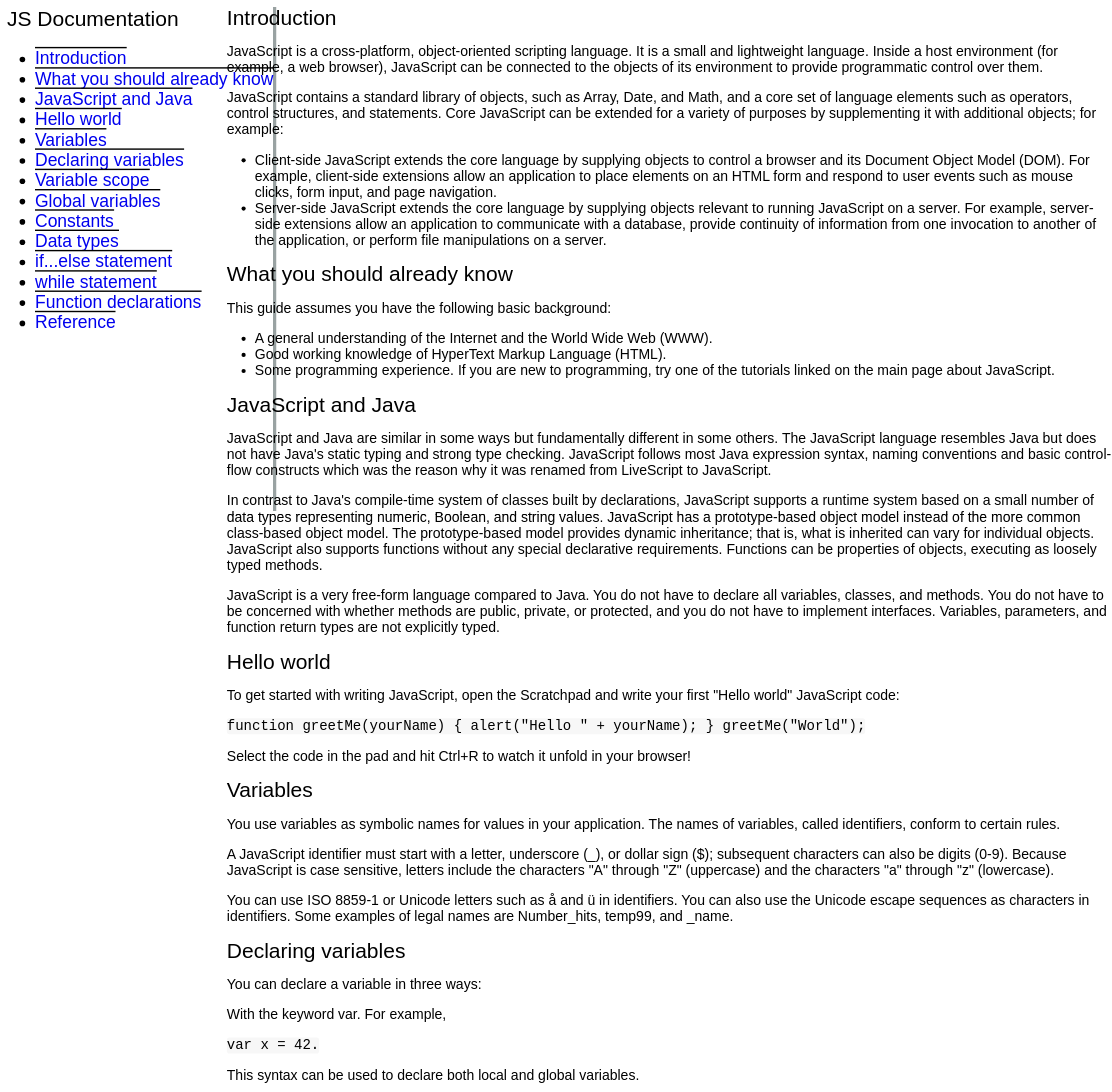
Repository: Lungdjos/technical_document_page_certificate
Page: index.html
An editor plug-in stored every save of this project. The page is shown before and after a run of saves, followed by the edit.
The browser window is 1280 px wide. The page is 1588 px wide, so the pictures cover 1588 px, including what lies to the right of the window. The pictures show the part of the page from y = 0 to 1560 px (the page is 5043 px tall before and 4889 px after), at 70% of full size.

Above is the page before, as saved 2023-11-21 08:03:17.

### index.html
<!DOCTYPE html>
<html lang="en">

<head>
    <meta charset="UTF-8">
    <meta name="viewport" content="width=device-width, initial-scale=1.0">
    <title>Technical Document</title>
    <link rel="stylesheet" href="./styles.css">
</head>

<body>
    <nav id="nav-bar">
        <header>JS Documentation</header>
        <ul>
            <li>
                <a href="#Introduction" class="nav-link">Introduction</a>
            </li>
            <li>
                <a href="#What_you_should_already_know" class="nav-link">What you should already know</a>
            </li>
            <li>
                <a href="#JavaScript_and_Java" class="nav-link">JavaScript and Java</a>
            </li>
            <li>
                <a href="#Hello_world" class="nav-link">Hello world</a>
            </li>
            <li>
                <a href="#Variables" class="nav-link">Variables</a>
            </li>
            <li>
                <a href="#Declaring_variables" class="nav-link">Declaring variables</a>
            </li>
            <li>
                <a href="#Variable_scope" class="nav-link">Variable scope</a>
            </li>
            <li>
                <a href="#Global_variables" class="nav-link">Global variables</a>
            </li>
            <li>
                <a href="#Constants" class="nav-link">Constants</a>
            </li>
            <li>
                <a href="#Data_types" class="nav-link">Data types</a>
            </li>
            <li>
                <a href="#if...else_statement" class="nav-link">if...else statement</a>
            </li>
            <li>
                <a href="#while_statement" class="nav-link">while statement</a>
            </li>
            <li>
                <a href="#Function_declarations" class="nav-link">Function declarations</a>
            </li>
            <li>
                <a href="#Reference" class="nav-link">Reference</a>
            </li>
        </ul>
    </nav>
    <main id="main-doc">
        <section class="main-section" id="Introduction">
            <header id="">Introduction</header>
            <p>JavaScript is a cross-platform, object-oriented scripting language. It is a small and lightweight language. Inside a host environment (for example, a web browser), JavaScript can be connected to the objects of its environment to provide programmatic
                control over them.</p>
            <p>JavaScript contains a standard library of objects, such as Array, Date, and Math, and a core set of language elements such as operators, control structures, and statements. Core JavaScript can be extended for a variety of purposes by supplementing
                it with additional objects; for example:
                <ul>
                    <li>Client-side JavaScript extends the core language by supplying objects to control a browser and its Document Object Model (DOM). For example, client-side extensions allow an application to place elements on an HTML form and respond
                        to user events such as mouse clicks, form input, and page navigation.</li>
                    <li>Server-side JavaScript extends the core language by supplying objects relevant to running JavaScript on a server. For example, server-side extensions allow an application to communicate with a database, provide continuity of information
                        from one invocation to another of the application, or perform file manipulations on a server.</li>
                </ul>
            </p>

        </section>
        <section class="main-section" id="What_you_should_already_know">
            <header id="">What you should already know</header>
            <p>This guide assumes you have the following basic background:
                <ul>
                    <li>A general understanding of the Internet and the World Wide Web (WWW).</li>
                    <li>Good working knowledge of HyperText Markup Language (HTML).</li>
                    <li>Some programming experience. If you are new to programming, try one of the tutorials linked on the main page about JavaScript.</li>
                </ul>
            </p>

        </section>
        <section class="main-section" id="JavaScript_and_Java">
            <header id="">JavaScript and Java</header>
            <p>JavaScript and Java are similar in some ways but fundamentally different in some others. The JavaScript language resembles Java but does not have Java's static typing and strong type checking. JavaScript follows most Java expression syntax,
                naming conventions and basic control-flow constructs which was the reason why it was renamed from LiveScript to JavaScript.</p>
            <p>In contrast to Java's compile-time system of classes built by declarations, JavaScript supports a runtime system based on a small number of data types representing numeric, Boolean, and string values. JavaScript has a prototype-based object
                model instead of the more common class-based object model. The prototype-based model provides dynamic inheritance; that is, what is inherited can vary for individual objects. JavaScript also supports functions without any special declarative
                requirements. Functions can be properties of objects, executing as loosely typed methods.</p>
            <p>JavaScript is a very free-form language compared to Java. You do not have to declare all variables, classes, and methods. You do not have to be concerned with whether methods are public, private, or protected, and you do not have to implement
                interfaces. Variables, parameters, and function return types are not explicitly typed.</p>
        </section>
        <section class="main-section" id="Hello_world">
            <header id="">Hello world</header>
            <p>
                To get started with writing JavaScript, open the Scratchpad and write your first "Hello world" JavaScript code:</p>
            <code>function greetMe(yourName) { alert("Hello " + yourName); }
                greetMe("World");</code>
            <p>Select the code in the pad and hit Ctrl+R to watch it unfold in your browser!</p>
        </section>
        <section class="main-section" id="Variables">
            <header id="">Variables</header>
            <p>You use variables as symbolic names for values in your application. The names of variables, called identifiers, conform to certain rules.</p>
            <p>A JavaScript identifier must start with a letter, underscore (_), or dollar sign ($); subsequent characters can also be digits (0-9). Because JavaScript is case sensitive, letters include the characters "A" through "Z" (uppercase) and the
                characters "a" through "z" (lowercase).</p>
            <p>You can use ISO 8859-1 or Unicode letters such as å and ü in identifiers. You can also use the Unicode escape sequences as characters in identifiers. Some examples of legal names are Number_hits, temp99, and _name.</p>
        </section>
        <section class="main-section" id="Declaring_variables">
            <header id="">Declaring variables</header>
            <p>You can declare a variable in three ways:</p>
            <p>With the keyword var. For example,</p>
            <code>var x = 42.</code>
            <p>This syntax can be used to declare both local and global variables.</p>
            <p>By simply assigning it a value. For example,</p>
            <code>x = 42.</code><br>
            <p>This always declares a global variable. It generates a strict JavaScript warning. You shouldn't use this variant.</p>
            <p>With the keyword let. For example,</p>
            <code>let y = 13.</code>
            <p>This syntax can be used to declare a block scope local variable. See Variable scope below.</p>
        </section>
        <section class="main-section" id="Variable_scope">
            <header id="">Variable scope</header>
            <p>When you declare a variable outside of any function, it is called a global variable, because it is available to any other code in the current document. When you declare a variable within a function, it is called a local variable, because it
                is available only within that function.</p>
            <p>JavaScript before ECMAScript 2015 does not have block statement scope; rather, a variable declared within a block is local to the function (or global scope) that the block resides within. For example the following code will log 5, because
                the scope of x is the function (or global context) within which x is declared, not the block, which in this case is an if statement.</p>
            <code>if (true) { var x = 5; } console.log(x); // 5</code>
            <p>This behavior changes, when using the let declaration introduced in ECMAScript 2015.</p>
            <code>if (true) { let y = 5; } console.log(y); // ReferenceError: y is
                not defined</code>
        </section>
        <section class="main-section" id="Global_variables">
            <header id="">Global variables</header>
            <p>Global variables are in fact properties of the global object. In web pages the global object is window, so you can set and access global variables using the window.variable syntax.</p>
            <p>Consequently, you can access global variables declared in one window or frame from another window or frame by specifying the window or frame name. For example, if a variable called phoneNumber is declared in a document, you can refer to this
                variable from an iframe as parent.phoneNumber.</p>
        </section>
        <section class="main-section" id="Constants">
            <header id="">Constants</header>
            <p>You can create a read-only, named constant with the const keyword. The syntax of a constant identifier is the same as for a variable identifier: it must start with a letter, underscore or dollar sign and can contain alphabetic, numeric, or
                underscore characters.</p>
            <code>const PI = 3.14;</code>
            <p>A constant cannot change value through assignment or be re-declared while the script is running. It has to be initialized to a value.</p>
            <p>The scope rules for constants are the same as those for let block scope variables. If the const keyword is omitted, the identifier is assumed to represent a variable.</p>
            <p>You cannot declare a constant with the same name as a function or variable in the same scope. For example:</p>
            <code>// THIS WILL CAUSE AN ERROR function f() {}; const f = 5; // THIS
                WILL CAUSE AN ERROR ALSO function f() { const g = 5; var g;
                //statements }</code>
            <p>However, object attributes are not protected, so the following statement is executed without problems.</p>
            <code>const MY_OBJECT = {"key": "value"}; MY_OBJECT.key =
                "otherValue";</code>
        </section>
        <section class="main-section" id="Data_types">
            <header id="">Data types</header>
            <p>The latest ECMAScript standard defines seven data types:
                <ul>
                    <li>Six data types that are primitives:
                        <ul>
                            <li>Boolean. true and false.</li>
                            <li>null. A special keyword denoting a null value. Because JavaScript is case-sensitive, null is not the same as Null, NULL, or any other variant.</li>
                            <li>undefined. A top-level property whose value is undefined.</li>
                            <li>Number. 42 or 3.14159.</li>
                            <li>String. "Howdy"</li>
                            <li>Symbol (new in ECMAScript 2015). A data type whose instances are unique and immutable.</li>
                        </ul>
                    </li>
                    <li>and Object</li>
                </ul>
            </p>
            <p>Although these data types are a relatively small amount, they enable you to perform useful functions with your applications. Objects and functions are the other fundamental elements in the language. You can think of objects as named containers
                for values, and functions as procedures that your application can perform.</p>
        </section>
        <section class="main-section" id="if...else_statement">
            <header id="">if...else statement</header>
            <p>Use the if statement to execute a statement if a logical condition is true. Use the optional else clause to execute a statement if the condition is false. An if statement looks as follows:</p>
            <code>if (condition) { statement_1; } else { statement_2; }</code>
            <p>condition can be any expression that evaluates to true or false. See Boolean for an explanation of what evaluates to true and false. If condition evaluates to true, statement_1 is executed; otherwise, statement_2 is executed. statement_1 and
                statement_2 can be any statement, including further nested if statements.</p>
            <p>You may also compound the statements using else if to have multiple conditions tested in sequence, as follows:</p>
            <code>if (condition_1) { statement_1; } else if (condition_2) {
                statement_2; } else if (condition_n) { statement_n; } else {
                statement_last; }</code>
            <p>In the case of multiple conditions only the first logical condition which evaluates to true will be executed. To execute multiple statements, group them within a block statement ({ ... }) . In general, it's good practice to always use block
                statements, especially when nesting if statements:</p>
            <code>if (condition) { statement_1_runs_if_condition_is_true;
                statement_2_runs_if_condition_is_true; } else {
                statement_3_runs_if_condition_is_false;
                statement_4_runs_if_condition_is_false; }</code>
            <p>It is advisable to not use simple assignments in a conditional expression, because the assignment can be confused with equality when glancing over the code. For example, do not use the following code:</p>
            <code>if (x = y) { /* statements here */ }</code>
            <p>If you need to use an assignment in a conditional expression, a common practice is to put additional parentheses around the assignment. For example:</p>
            <code>if ((x = y)) { /* statements here */ }</code>
        </section>
        <section class="main-section" id="while_statement">
            <header id="">while statement</header>
            <p>A while statement executes its statements as long as a specified condition evaluates to true. A while statement looks as follows:</p>
            <code>while (condition) statement</code>
            <p>If the condition becomes false, statement within the loop stops executing and control passes to the statement following the loop.</p>
            <p>The condition test occurs before statement in the loop is executed. If the condition returns true, statement is executed and the condition is tested again. If the condition returns false, execution stops and control is passed to the statement
                following while.</p>
            <p>To execute multiple statements, use a block statement ({ ... }) to group those statements.</p>
            <p>Example: <br> The following while loop iterates as long as n is less than three:</p>
            <code>var n = 0; var x = 0; while (n < 3) { n++; x += n; }</code>
            <p>With each iteration, the loop increments n and adds that value to x. Therefore, x and n take on the following values:
                <ul>
                    <li>After the first pass: n = 1 and x = 1</li>
                    <li>After the second pass: n = 2 and x = 3</li>
                    <li>After the third pass: n = 3 and x = 6</li>
                </ul>
            </p>
            <p>After completing the third pass, the condition n
                < 3 is no longer true, so the loop terminates.</p>
        </section>
        <section class="main-section" id="Function_declarations">
            <header id="">Function declarations</header>
            <p>A function definition (also called a function declaration, or function statement) consists of the function keyword, followed by:
                <ul>
                    <li>The name of the function.</li>
                    <li>A list of arguments to the function, enclosed in the parentheses and separated by commas.</li>
                    <li>The JavaScript statement that defines the function, enclosed in curly brackets, {}.</li>
                </ul>
            </p>
            <p>For example, the following code defines a simple function named square:</p>
            <code>function square(number) { return number * number; }</code>
            <p>The function square takes one argument, called number. The function consists of one statement that says to return the argument of the function (that is, number) multiplied by itself. The return statement specifies the value returned by the
                function.
            </p>
            <code>return number * number;</code>
            <p>Primitive parameters (such as a number) are passed to functions by value; the value is passed to the function, but if the function changes the value of the parameter, this change is not reflected globally or in the calling function.</p>
        </section>
        <section class="main-section" id="Reference">
            <header id="">Reference</header>
            <ul>
                <li>All the documentation in this page is taken from
                    <a href="https://developer.mozilla.org/en-US/docs/Web/JavaScript/Guide" target="_blank">MDN</a>
                </li>
            </ul>
        </section>
    </main>
</body>

</html>

### styles.css
/* A technical document page stylings */

html {
    box-sizing: border-box;
}

header {
    font-size: 30px;
    font-weight: 500;
}

body {
    font-family: Arial, Helvetica, sans-serif;
    font-size: 20px;
}


/* nav bar styling */

#nav-bar {
    position: fixed;
    border-right: 5px solid #99a2a2;
    padding: 5px auto;
    margin: 2px;
    height: 100%;
}

#nav-bar ul {
    font-size: 25px;
    font-weight: 400;
}

ul .nav-link {
    list-style-type: none;
    border-top: 2px solid #000;
    width: 100%;
    text-decoration: none;
    line-height: 15px;
}


/* body styling */

code {
    background-color: #f7f7f7;
    border-radius: 4px;
    width: 60%;
    padding: auto;
}

main {
    position: relative;
    margin: 0;
    left: 25%;
}

After the next 3 saves:
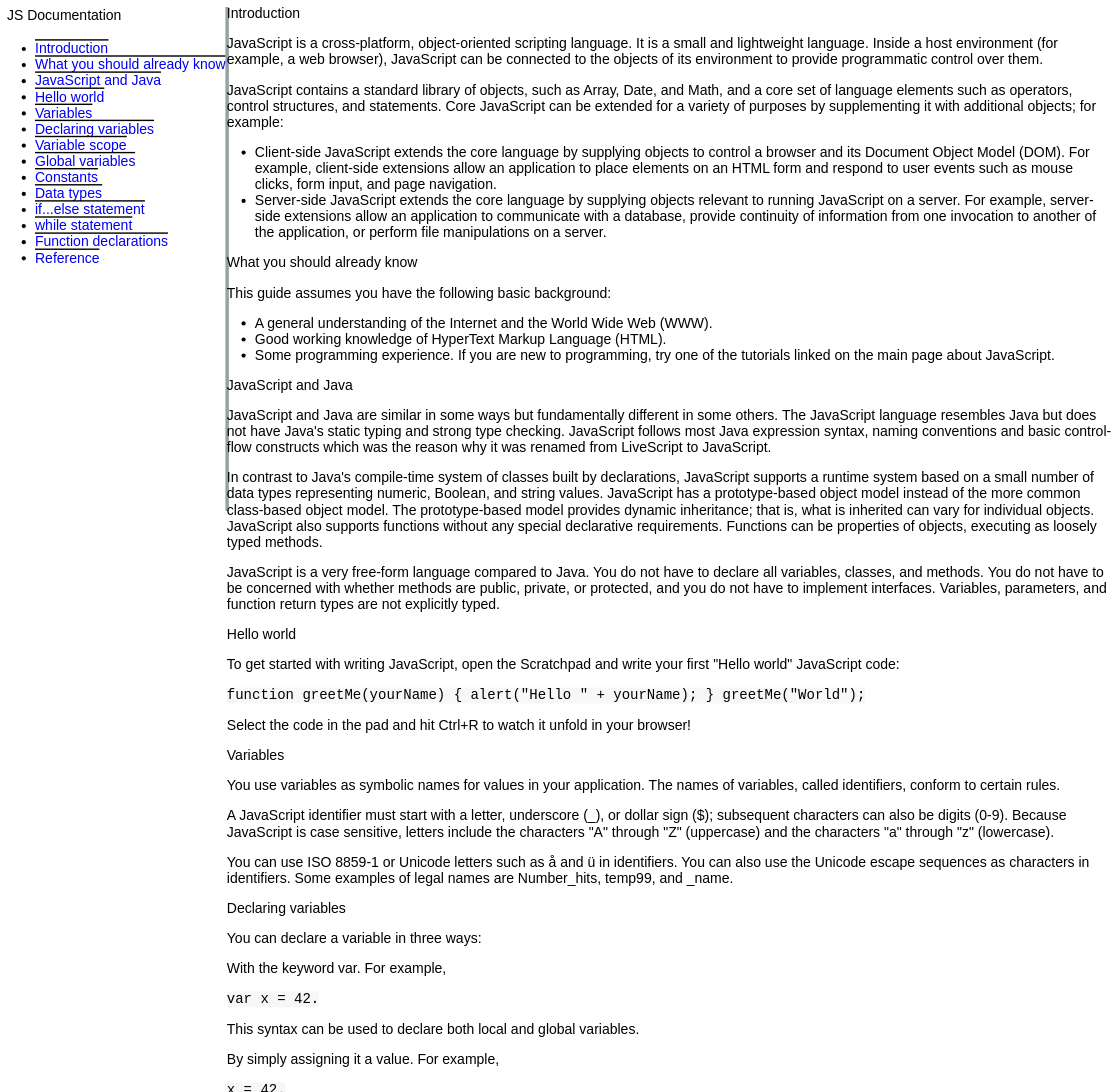
The 3 saves are shown as one change because they came seconds apart.
The last was saved 35 s later.
--- a/styles.css
+++ b/styles.css
@@ -9,7 +9,7 @@
     font-weight: 500;
 }
 
-body {
+body :not(code) {
     font-family: Arial, Helvetica, sans-serif;
     font-size: 20px;
 }

After the save that followed:
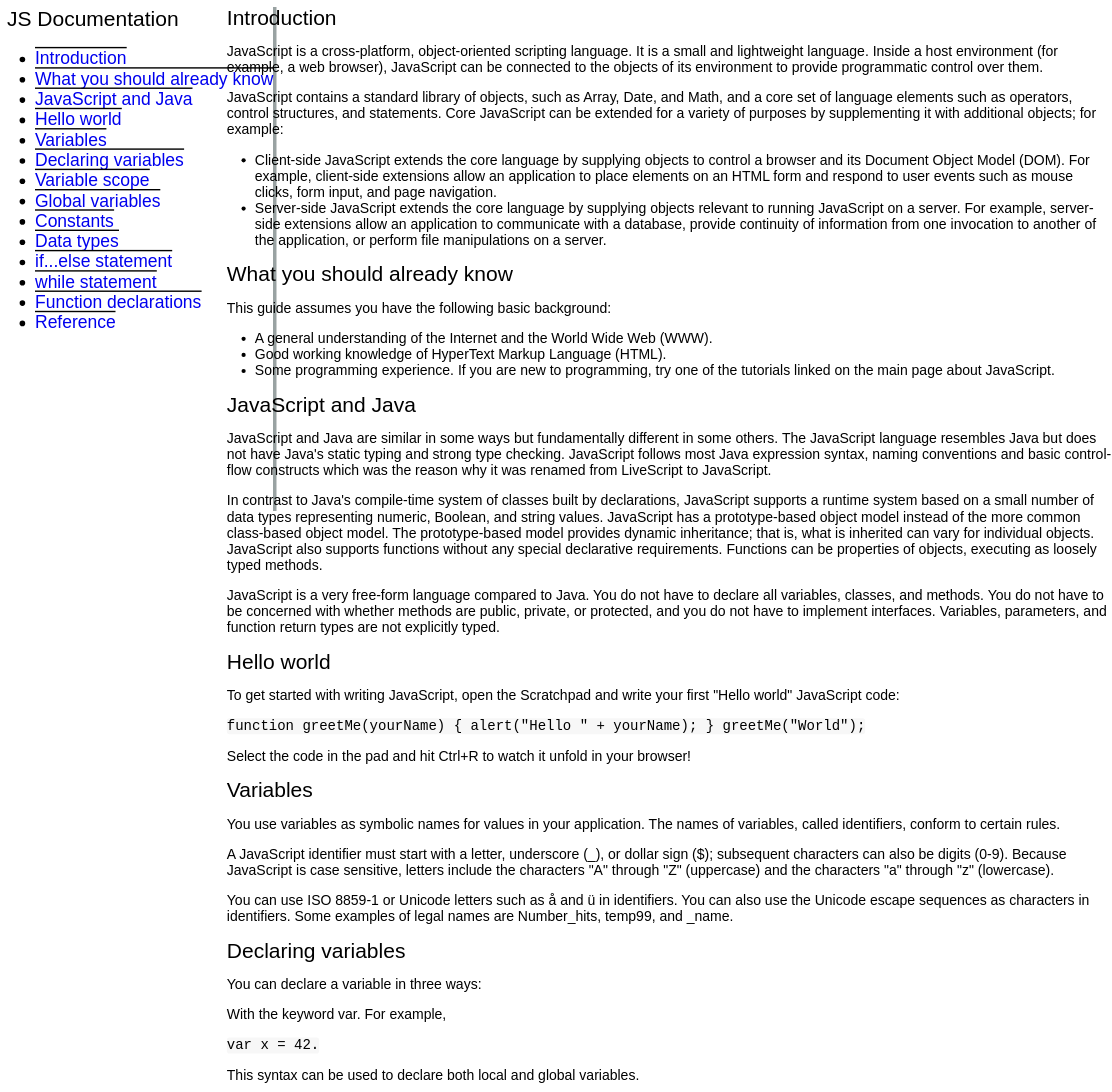
Saved 13 s later.
--- a/styles.css
+++ b/styles.css
@@ -9,7 +9,7 @@
     font-weight: 500;
 }
 
-body :not(code) {
+body:not(code) {
     font-family: Arial, Helvetica, sans-serif;
     font-size: 20px;
 }
